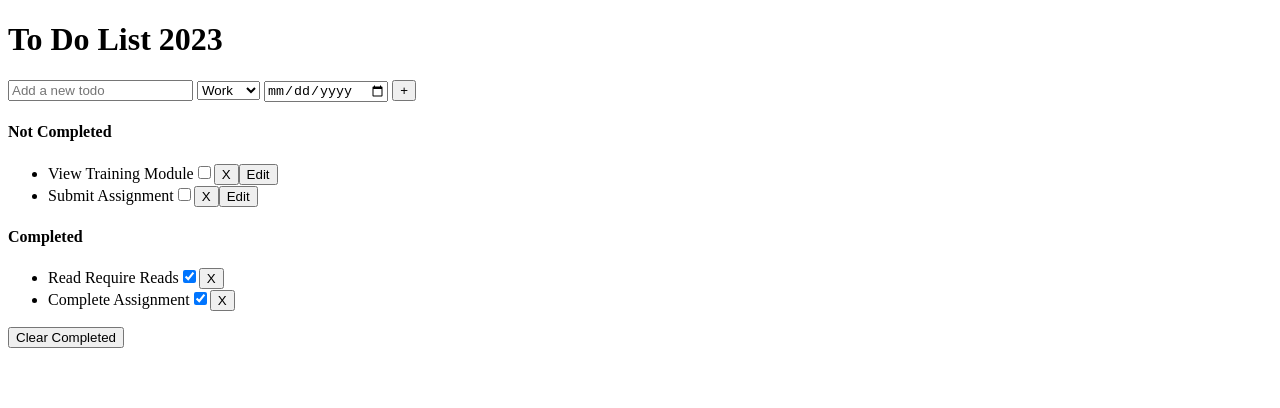
Repository: Kayla-amr/dgm3760
Page: index.html
The author's editor kept a copy of each file at every save. The page is drawn from the files as they stood at one save, then again after a run of saves.
The browser window is 1280 px wide. The pictures show the whole page.

Above is the page before, as saved 2023-10-18 13:15:15.

### index.html
<!DOCTYPE html>
<html lang="en">
<head>
    <meta charset="UTF-8">
    <meta name="viewport" content="width=device-width, initial-scale=1.0">
    <title>ToDo App 2023</title>
</head>
<body>
    <div class="app">
        <h1></h1>

        <div class="input">
            <input class="userInput" type="text" placeholder="Add a new todo">
            <select class="categorySelected">
                <option value="work">Work</option>
                <option value="home">Home</option>
                <option value="school">School</option>
            </select>
            <input class="dateInput" type="date" placeholder="Date">

            <button class="addInput">+</button>
        </div>

        <div
        <div class="todos">
            <h4>Not Completed</h4>
            <ul class="list"></ul>
            <h4>Completed</h4>
            <ul class="completed"></ul>
        </div>

        <div class="btns">
            <button class="clear">Clear Completed</button>
        </div>



    </div>

</body>
<script src="main.js"></script>
</html>

### main.js
let todo = [
    {
    id: 0,
    name: 'View Training Module',
    category: 'Home',
    date: '2020-03-01',
    status: false

},
{
    id: 1,
    name: 'Read Require Reads',
    category: 'Work',
    date: '2020-12-01',
    status: true
},
{
    id: 2,
    name: 'Complete Assignment',
    category: 'Work',
    date: '2020-01-01',
    status: true
},
{
    id: 3,
    name: 'Submit Assignment',
    category: 'School',
    date: '2020-05-01',
    status: false
},
];

document.querySelector('.app > h1').innerText = 'To Do List 2023';

let list = document.querySelector('.list');
let completed = document.querySelector('.completed');


//VIEW TODO LIST FUNCTION
function taskView(todo){
    list.innerText = '';
    completed.innerText='';         //CLEARS TODO LIST

    todo.forEach(function(todoItem) //LOOPS THROUGH TODO LIST
    {
        //CREATES TODO ITEM ELEMENTS
        let li = document.createElement('li');  //CREATES LI ELEMENT
        li.setAttribute('id', todoItem.id)      //SETS LI ID
        li.innerText = todoItem.name;

        //CREATES INPUT ELEMENT
        let status = document.createElement('input'); //CREATES INPUT ELEMENT
        status.setAttribute('type', 'checkbox');      //SETS INPUT TYPE
        status.setAttribute('id', 'status');          //SETS INPUT ID
        status.setAttribute('value', todoItem.status);//SETS INPUT VALUE
        status.checked = todoItem.status;             //SETS INPUT CHECKED STATUS

        //ADDS EVENT LISTENER TO INPUT
        status.addEventListener('click', function(){  //ADDS EVENT LISTENER TO INPUT
            if(status.checked == true){               //CHECKS IF INPUT IS CHECKED
                todoItem.status = true;               //SETS TODO ITEM STATUS TO TRUE
                completed.appendChild(li);            //ADDS TODO ITEM TO COMPLETED LIST
                list.removeChild(li);                 //REMOVES TODO ITEM FROM TODO LIST
            }
            else{
                todoItem.status = false;              //SETS TODO ITEM STATUS TO FALSE
                list.appendChild(li);                 //ADDS TODO ITEM TO TODO LIST
                completed.removeChild(li);            //REMOVES TODO ITEM FROM COMPLETED LIST
            }
        })

        //CREATES DELETE BUTTON
        let deleteBtn = document.createElement('button'); //CREATES BUTTON ELEMENT
        deleteBtn.setAttribute('id', 'delete');           //SETS BUTTON ID
        deleteBtn.innerText = 'X';                        //SETS BUTTON TEXT

        //ADDS EVENT LISTENER TO DELETE BUTTON
        deleteBtn.addEventListener('click', function(){   //ADDS EVENT LISTENER TO DELETE BUTTON
            todo = todo.filter(function(todoItem){         //FILTERS OUT DELETED TODO ITEM
                return todoItem.id != li.id;
            })
            taskView(todo);                                //CALLS VIEW FUNCTION
        })

        //CREATES EDIT BUTTON
        let editBtn = document.createElement('button');   //CREATES BUTTON ELEMENT
        editBtn.setAttribute('id', 'edit');               //SETS BUTTON ID
        editBtn.innerText = 'Edit';                       //SETS BUTTON TEXT

        //ADDS EVENT LISTENER TO EDIT BUTTON
        editBtn.addEventListener('click', function(){      //ADDS EVENT LISTENER TO EDIT BUTTON
            let editInput = document.createElement('input'); //CREATES INPUT ELEMENT
            editInput.setAttribute('type', 'text');          //SETS INPUT TYPE
            editInput.setAttribute('id', 'editInput');       //SETS INPUT ID
            editInput.setAttribute('value', todoItem.name);  //SETS INPUT VALUE
            li.innerText = '';                               //CLEARS TODO ITEM TEXT
            li.appendChild(editInput);                       //ADDS INPUT TO TODO ITEM

            //ADDS EVENT LISTENER TO INPUT
            editInput.addEventListener('keyup', function(){  //ADDS EVENT LISTENER TO INPUT
                if(event.keyCode === 13){                    //CHECKS IF ENTER KEY IS PRESSED
                    todoItem.name = editInput.value;         //SETS TODO ITEM NAME TO INPUT VALUE
                    li.innerText = todoItem.name;            //SETS TODO ITEM TEXT TO TODO ITEM NAME
                    li.appendChild(status);                  //ADDS INPUT TO TODO ITEM
                    li.appendChild(deleteBtn);               //ADDS DELETE BUTTON TO TODO ITEM
                    li.appendChild(editBtn);                 //ADDS EDIT BUTTON TO TODO ITEM
                }
            })
        }
        )

        //CHECKS TODO ITEM STATUS
        if(todoItem.status != true){
            list.appendChild(li);                    //ADDS TODO ITEM TO TODO LIST
            li.appendChild(status);                  //ADDS INPUT TO TODO ITEM
            li.appendChild(deleteBtn);               //ADDS DELETE BUTTON TO TODO ITEM
            li.appendChild(editBtn);                 //ADDS EDIT BUTTON TO TODO ITEM

        }
        else
        {
            completed.appendChild(li);                    //ADDS TODO ITEM TO COMPLETED LIST
            li.appendChild(status);                       //ADDS INPUT TO TODO ITEM
            li.appendChild(deleteBtn);                    //ADDS DELETE BUTTON TO TODO ITEM

        }
    })
}
taskView(todo); //CALLS VIEW FUNCTION

//SORT BY CATEGORY FUNCTION
let category = document.querySelector('.category');            //GETS CATEGORY DROPDOWN

//ADD TODO ITEM FUNCTION
function addTask(){
   let userInput = document.querySelector('.userInput').value; //GETS USER INPUT
   let categorySelected = document.querySelector('.categorySelected').value; //GETS CATEGORY SELECTED
   let dateInput = document.querySelector('.dateInput').value; //GETS DATE INPUT

   const newItem = {                                          //CREATES NEW TODO ITEM OBJECT
         id: todo.length,
         name: userInput,
         category: categorySelected,
         date: dateInput,
         status: false
    }

    if (userInput === ''){                                     //CHECKS IF USER INPUT IS EMPTY
        alert('Please enter a task');                          //ALERTS USER TO ENTER A TASK
        return false;
    }
    else if (todo.some(todoItem => todoItem.name === userInput)){ //CHECKS IF USER INPUT IS A DUPLICATE
        alert('This task already exists');                        //ALERTS USER TO ENTER A UNIQUE TASK
        return false;
    }
    else{
        todo.push(newItem);                                     //PUSHES NEW TODO ITEM TO TODO LIST
    }

    document.querySelector('.userInput').value = '';          //CLEARS USER INPUT
}

addInput = document.querySelector('.addInput');                //GETS ADD BUTTON
addInput.addEventListener('click', (event) =>{
    addTask();                                                 //CALLS ADD TODO ITEM FUNCTION
    taskView(todo);                                            //CALLS VIEW FUNCTION
})

//CLEAR COMPLETED ITEMS FUNCTION
let clear = document.querySelector('.clear');                  //GETS CLEAR BUTTON
function clearList(){
    completed.innerText='';                                    //CLEARS COMPLETED LIST
    todo = todo.filter(function(todoItem){                      //FILTERS OUT COMPLETED ITEMS
        return todoItem.status == false;
    })

    todo.forEach(function(todoItem){                            //LOOPS THROUGH TODO LIST
        todoItem.id = todo.indexOf(todoItem);                   //SETS TODO ITEM ID
    })
}

clear.addEventListener('click', (event) =>{
    clearList();                                               //CALLS CLEAR FUNCTION
    taskView(todo);                                            //CALLS VIEW FUNCTION
})

After the next 2 saves:
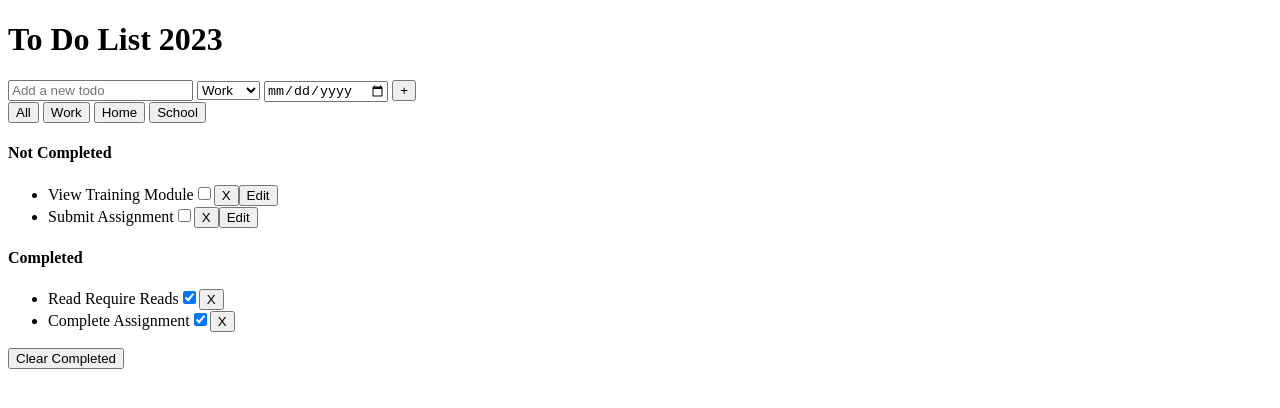
The 2 saves are shown as one change because they came seconds apart.
The last was saved 10 s later.
--- a/index.html
+++ b/index.html
@@ -21,7 +21,12 @@
             <button class="addInput">+</button>
         </div>
 
-        <div
+        <div class="filter">
+            <button class="all">All</button>
+            <button class="work">Work</button>
+            <button class="home">Home</button>
+            <button class="school">School</button>
+        </div>
         <div class="todos">
             <h4>Not Completed</h4>
             <ul class="list"></ul>
